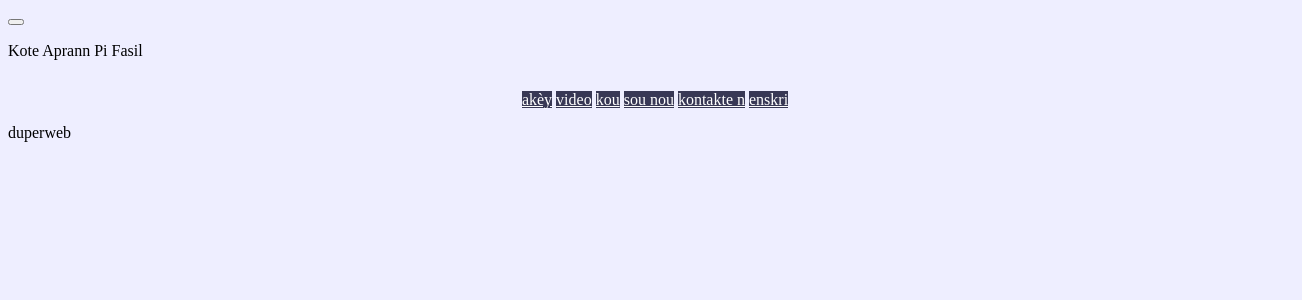
Repository: duperweb/docweb
Page: index.html
These files come from the project's save history. The page is drawn as it stood at one moment and after the next save; the edit follows.
The browser window is 1280 px wide. The page is 1302 px wide, so the pictures cover 1302 px, including what lies to the right of the window. The pictures show the whole page.

Above is the page before, as saved 2021-03-16 14:57:30.

### index.html
<!DOCTYPE html>
<html lang="en">
<head>
    <meta charset="UTF-8">
    <meta http-equiv="X-UA-Compatible" content="IE=edge">
    <meta name="viewport" content="width=device-width, initial-scale=1.0">
    <title>DocWeb: Dokiman Pou Aprann Devlope Web</title>
    <link rel="stylesheet" href="assets/css/home.css">
</head>
<body>
    <!--HEADER SECTION WITH ITS CHILD-->
    <header id="header-pages">

        <nav class="top-message">
            <!--the button menu for mobile devices-->
            <button id="button-top-menu"  title="KLIKE POU WE SA K GEN NAN MENU">
                    <span></span>
                    <span></span>
                    <span></span>
            </button>
            <p>Kote Aprann Pi Fasil </p>
        </nav>

        <!--the top menu horizontal-->
        <nav id="nav-horizontal-menu" class="">
            <a href="index.html">akèy</a>
            <a href="video.html">video</a>
            <a href="kou.html">kou</a>
            <a href="about.html">sou nou</a>
            <a href="mailto:duperweb@gmail.com">kontakte n</a>
            <a href="sign.html" id="signin">enskri</a>
        </nav> <!-- end of the top menu horizontal-->
    </header><!--end of the HEADER SECTION-->
    <section class="container-topline">
        <span class="just-top-line"></span>
        <span class="top-text"> <span class="center">duperweb</span></span>
        <span class="just-top-line"></span>
    </section>
<!--this the top line section-->
</body>
</html>

### assets/css/home.css
/**************************************
IMPORTING OTHER FILE TO LOAD FIRST
*************************************/

body {
    background-color: #eef;
}

/*===================== HEADER PAGES SECTION===========================*/
.header-pages {
    /*with  % make container relative to size and can be centralized*/
    margin: 0 auto;
    width: 100%;
}

#nav-horizontal-menu {
    width: 100%;
    margin: 0 auto;
    padding: 15px;
    border-radius: 0 0 6px 6px;
    text-align: center;
}
#nav-horizontal-menu a {
    color: white;
    background-color: #383855;

}
/*===================== END OF HEADER  TOP SECTION====================*/

After the next save:
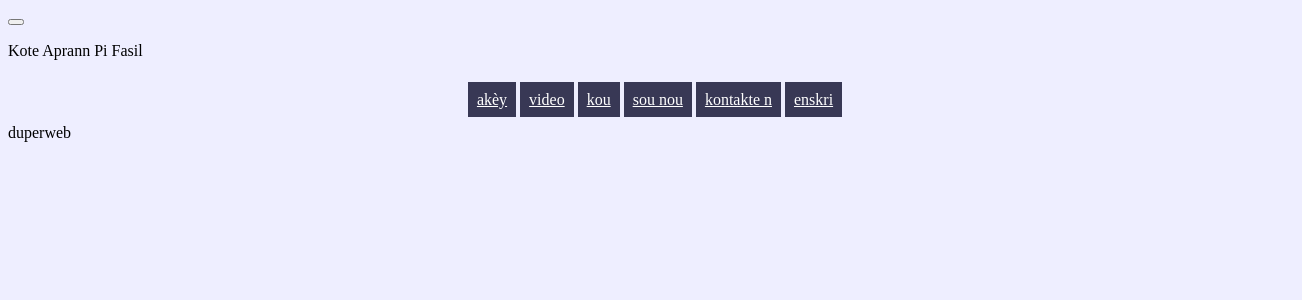
Saved 2 s later.
--- a/assets/css/home.css
+++ b/assets/css/home.css
@@ -23,6 +23,7 @@ body {
 #nav-horizontal-menu a {
     color: white;
     background-color: #383855;
+    padding: 9px;
 
 }
 /*===================== END OF HEADER  TOP SECTION====================*/
